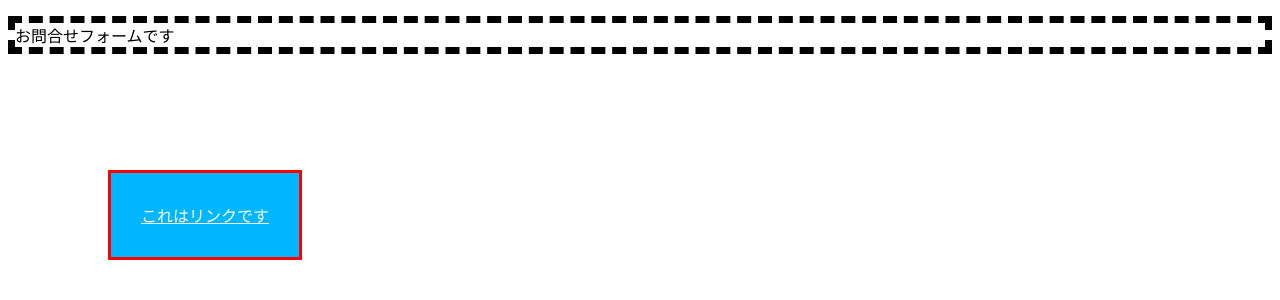
Repository: Jutta197/frontend726
Page: css_ex/box_model/index.html
An editor plug-in stored every save of this project. The page is shown before and after the next save, followed by the edit.
The browser window is 1280 px wide. The pictures show the whole page.

Above is the page before, as saved 2023-07-28 14:45:21.

After the next save:
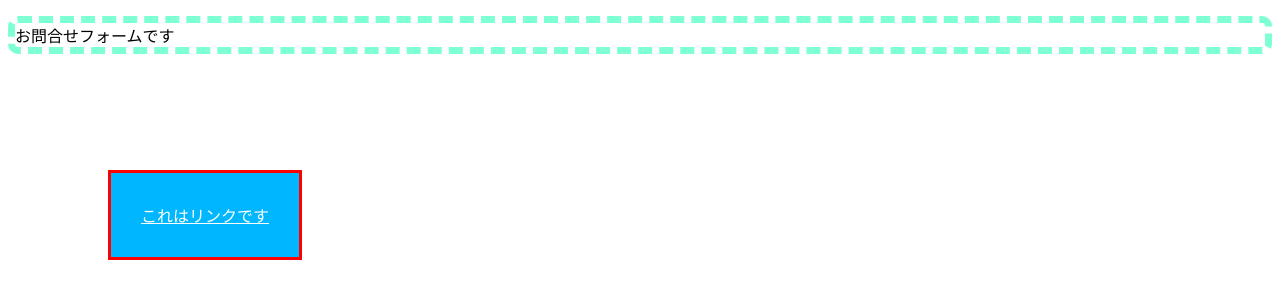
Saved 2 min 25 s later.
--- a/css_ex/box_model/style.css
+++ b/css_ex/box_model/style.css
@@ -11,4 +11,8 @@ a {
 p {
     border-style: dashed;
     border-width: 7px;
+
+    border-color: aquamarine;
+    border-radius: 10px;
+
 }
